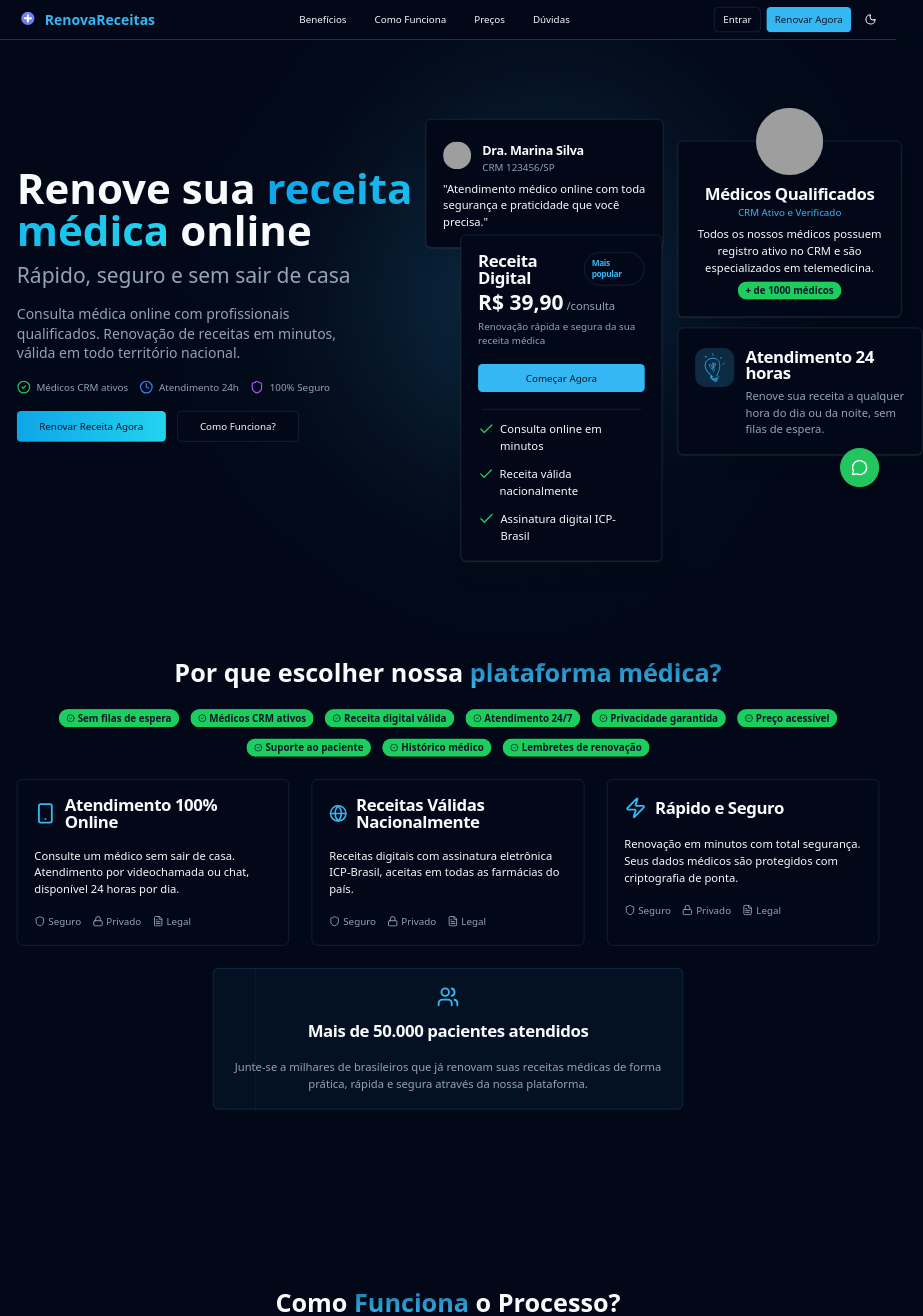
Repository: xoiurp/saude-digital
Page: /
These files come from the project's save history. The page is drawn as it stood at one moment and after the next save; the edit follows.
The browser window is 1280 px wide. The page is 1318 px wide, so the pictures cover 1318 px, including what lies to the right of the window. The pictures show the part of the page from y = 0 to 1880 px (the page is 6945 px tall), at 70% of full size.
Pictures or frames that could not be fetched are drawn as grey boxes. The project was rebuilt for these pictures with package versions that can differ from the ones it lists, and the page was loaded fresh each time. Also part of the build but not shown: vite.config.ts.

Above is the page before, as saved 2025-09-09 16:01:53.

After the next save:
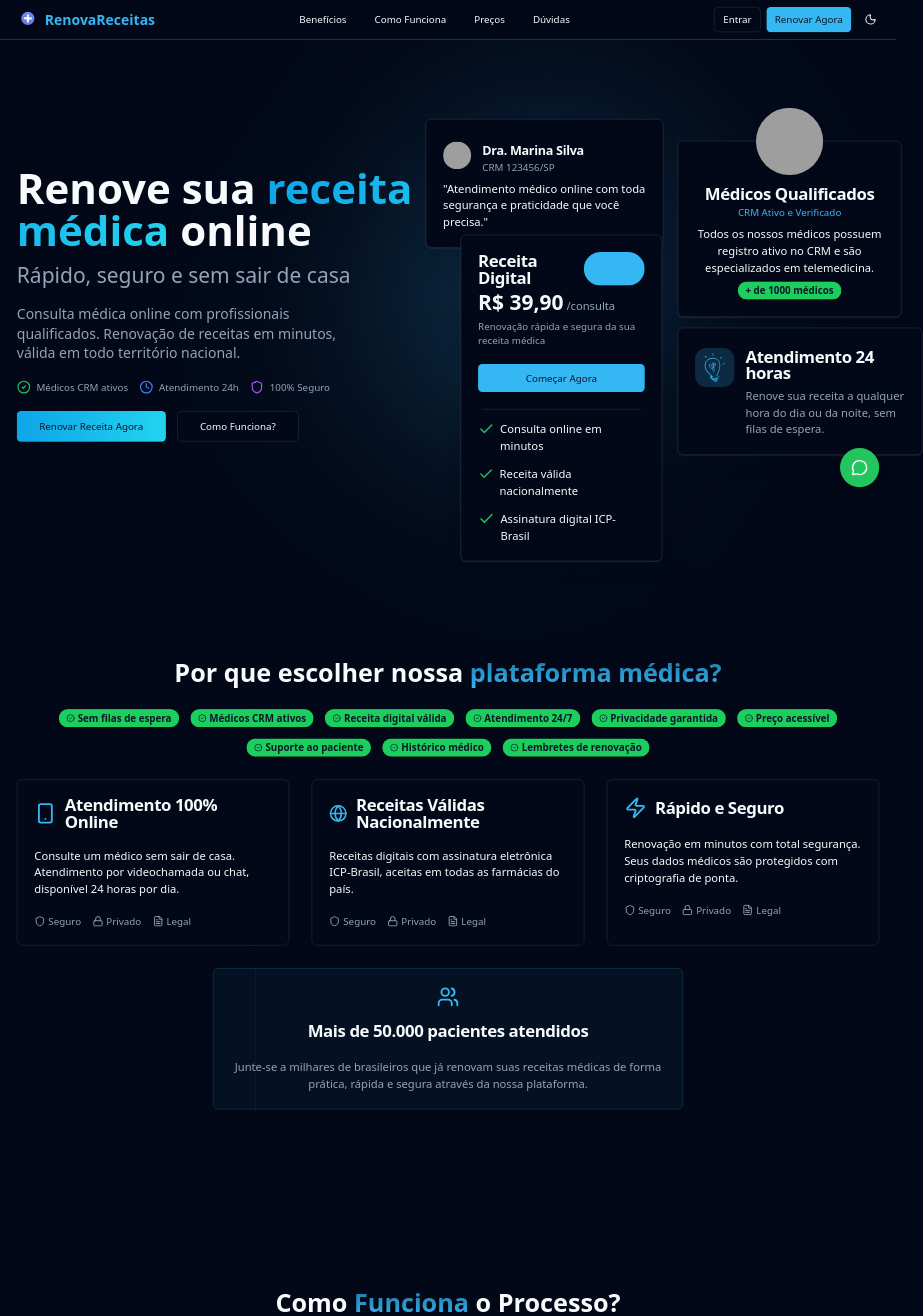
Saved 46 s later.
--- a/src/components/HeroCards.tsx
+++ b/src/components/HeroCards.tsx
@@ -73,7 +73,7 @@
           <CardTitle className="flex item-center justify-between">
             Receita Digital
             <Badge
-              variant="black"
+              variant="default"
               className="text-s text-primary"
             >
               Mais popular

After the save that followed:
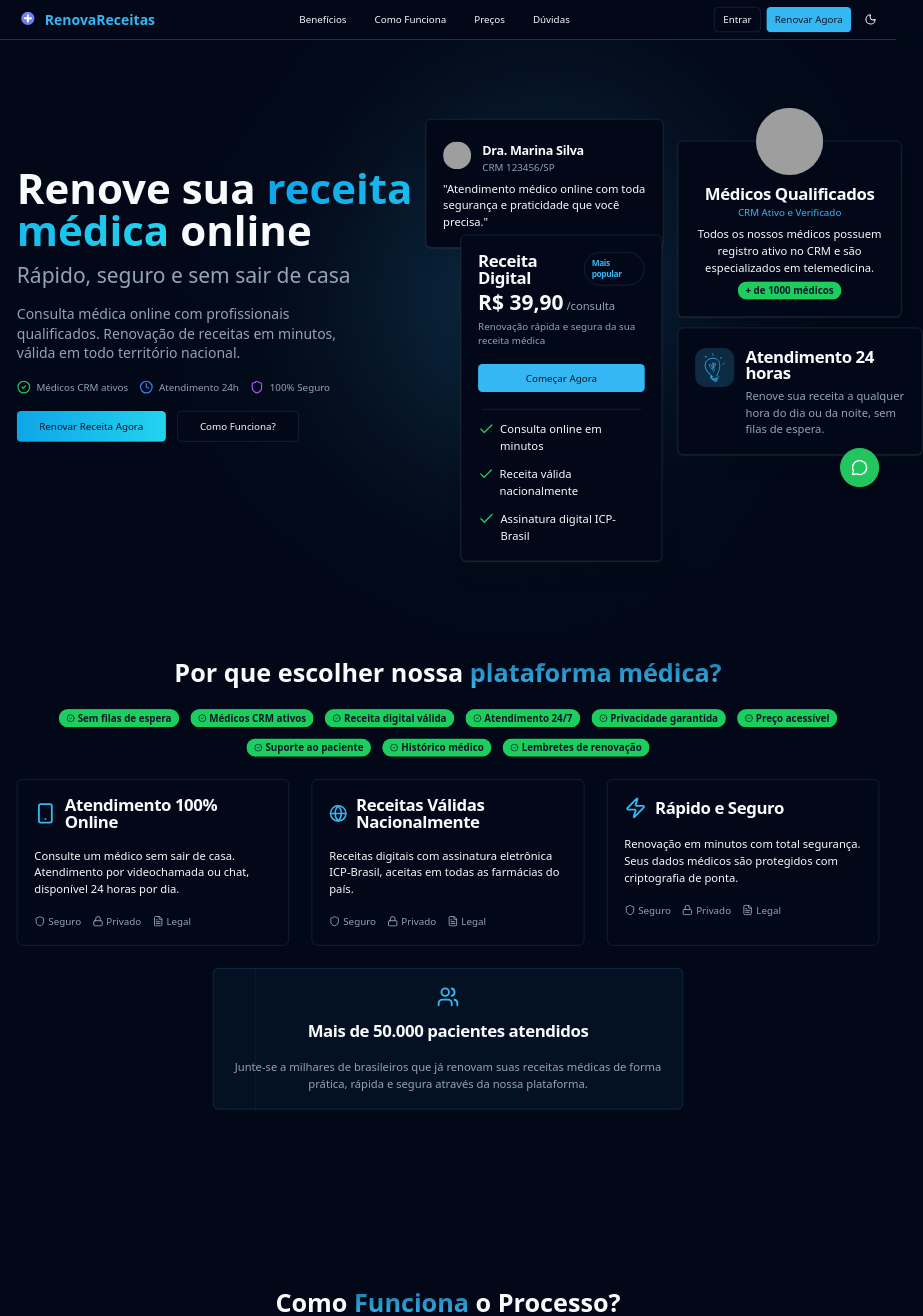
Saved 9 s later.
--- a/src/components/HeroCards.tsx
+++ b/src/components/HeroCards.tsx
@@ -73,7 +73,7 @@
           <CardTitle className="flex item-center justify-between">
             Receita Digital
             <Badge
-              variant="default"
+              variant="filled"
               className="text-s text-primary"
             >
               Mais popular
